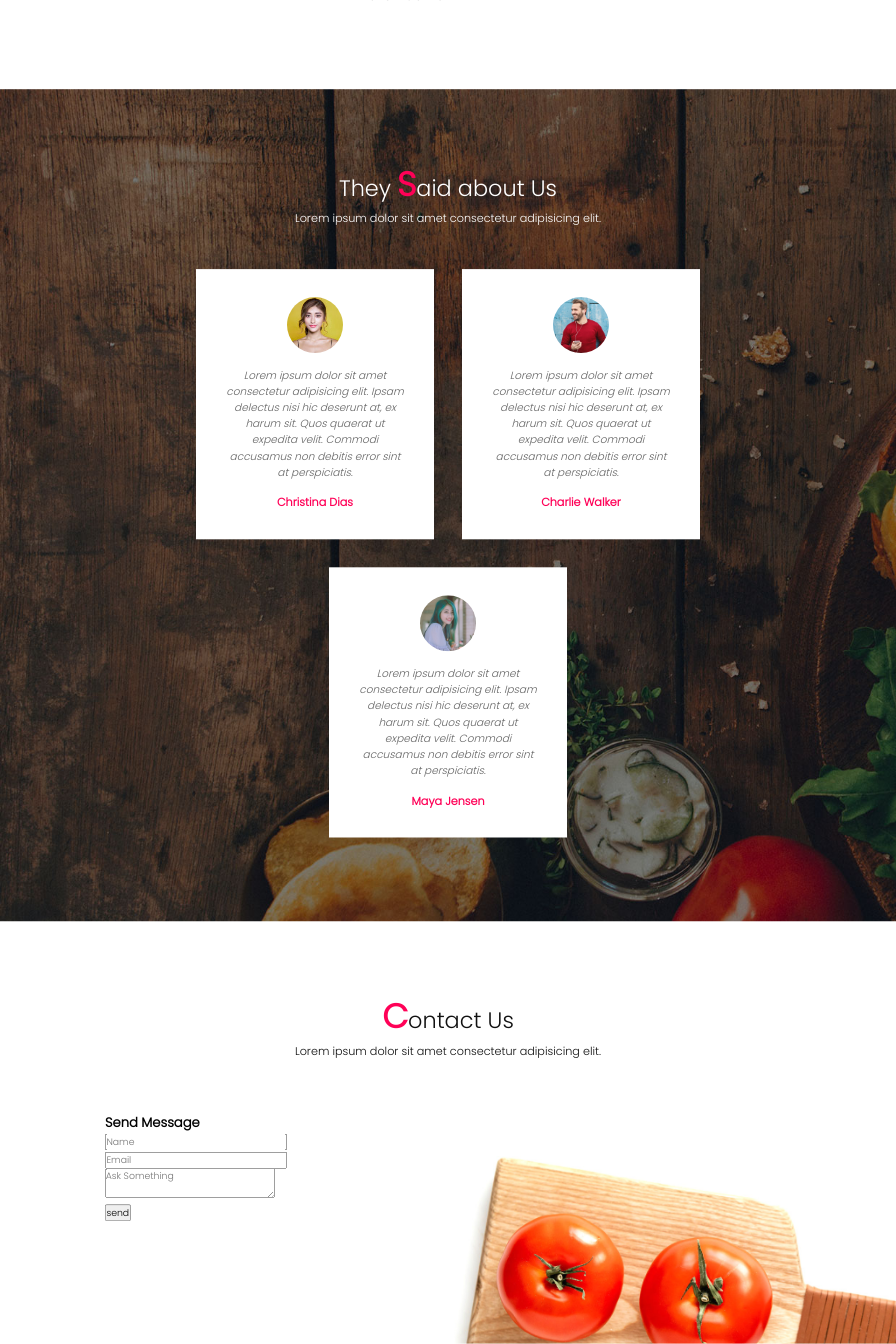
Repository: Adriandias1997/MobileFriendly_FoodWebsite
Page: index.html
An editor plug-in stored every save of this project. The page is shown before and after the next save, followed by the edit.
The browser window is 1280 px wide. The pictures show the part of the page from y = 3898 to 5818 px (the page is 5818 px tall), at 70% of full size.

Above is the page before, as saved 2020-10-16 18:00:49.

### index.html
<!DOCTYPE html>
<html lang="en">

<head>
    <meta charset="UTF-8">
    <meta name="viewport" content="width=device-width, initial-scale=1.0">
    <title>Food</title>
    <link rel="stylesheet" href="style.css">
</head>

<body>
    <header>
        <a href="#" class="logo">Food <span>Corner</span></a>
        <ul class="navigation">
            <li><a href="#banner">Home</a></li>
            <li><a href="#about">About Us</a></li>
            <li><a href="#menu">Menu</a></li>
            <li><a href="#expert">Expert</a></li>
            <li><a href="#testimonials">Testimonials</a></li>
            <li><a href="#contact">Contact</a></li>
        </ul>

    </header>
    <section class="banner" id="banner">
        <div class="content">
            <h2>Always choose Good</h2>
            <p>Lorem ipsum dolor sit amet consectetur adipisicing elit. Ipsam delectus nisi hic deserunt at, ex harum sit. Quos quaerat ut expedita velit. Commodi accusamus non debitis error sint at perspiciatis.</p>

            <a href="#" class="btn">Our Menu</a>
        </div>
    </section>

    <section class="about" id="about">
        <div class="row">
            <div class="col50">
                <h2 class="titleText"><span>A</span>bout Us</h2>
                <p>Lorem ipsum dolor sit amet consectetur adipisicing elit. Dolorum vero quam, at fuga facilis maiores consequatur! Quibusdam possimus debitis sed alias, provident fuga voluptatem, tempora eligendi aliquid quaerat laudantium repellat. Lorem
                    ipsum dolor sit amet consectetur adipisicing elit. Dolorum vero quam, at fuga facilis maiores consequatur! Quibusdam possimus debitis sed alias, provident fuga voluptatem, tempora eligendi aliquid quaerat laudantium repellat. Lorem
                    ipsum dolor sit amet consectetur adipisicing elit. Dolorum vero quam, at fuga facilis maiores consequatur! Quibusdam possimus debitis sed alias, provident fuga voluptatem, tempora eligendi aliquid quaerat laudantium repellat.
                </p>
            </div>
            <div class="col50">
                <div class="imgBx">
                    <img src="./Images/img1.jpg" alt="">
                </div>
            </div>
        </div>
    </section>

    <section class="menu" id="menu">
        <div class="title">
            <h2 class="titleText">Our <span>M</span>enu</h2>
            <p>Lorem ipsum dolor sit amet consectetur adipisicing elit.
            </p>
        </div>
        <div class="content">
            <div class="box">
                <div class="imgBx">
                    <img src="Images/menu1.jpg" alt="">
                </div>
                <div class="text">
                    <h3>Special Salads</h3>
                </div>
            </div>
            <div class="box">
                <div class="imgBx">
                    <img src="Images/menu2.jpg" alt="">
                </div>
                <div class="text">
                    <h3>Special Soups</h3>
                </div>
            </div>
            <div class="box">
                <div class="imgBx">
                    <img src="Images/menu3.jpg" alt="">
                </div>
                <div class="text">
                    <h3>Special Pasta</h3>
                </div>
            </div>
            <div class="box">
                <div class="imgBx">
                    <img src="Images/menu4.jpg" alt="">
                </div>
                <div class="text">
                    <h3>Special Salads</h3>
                </div>
            </div>
            <div class="box">
                <div class="imgBx">
                    <img src="Images/menu5.jpg" alt="">
                </div>
                <div class="text">
                    <h3>Special Soups</h3>
                </div>
            </div>
            <div class="box">
                <div class="imgBx">
                    <img src="Images/menu6.jpg" alt="">
                </div>
                <div class="text">
                    <h3>Special Salads</h3>
                </div>
            </div>
        </div>
        <div class="title">
            <a href="#" class="btn">
                View All
            </a>
        </div>
    </section>
    <section class="expert" id="expert">
        <div class="title">
            <h2 class="titleText">Our Kitchen <span>E</span>xpert</h2>
            <p>Lorem ipsum dolor sit amet consectetur adipisicing elit.
            </p>
        </div>
        <div class="content">
            <div class="box">
                <div class="imgBx">
                    <img src="Images/expert1.jpg" alt="">
                </div>
                <div class="text">
                    <h3>Tyler Brook</h3>
                </div>
            </div>
            <div class="box">
                <div class="imgBx">
                    <img src="Images/expert2.jpg" alt="">
                </div>
                <div class="text">
                    <h3>Dino Blok</h3>
                </div>
            </div>
            <div class="box">
                <div class="imgBx">
                    <img src="Images/expert3.jpg" alt="">
                </div>
                <div class="text">
                    <h3>Melanie Sasha</h3>
                </div>
            </div>
            <div class="box">
                <div class="imgBx">
                    <img src="Images/expert4.jpg" alt="">
                </div>
                <div class="text">
                    <h3>Bevon Gomez</h3>
                </div>
            </div>
        </div>
    </section>

    <section class="testimonials" id="testimonials">
        <div class="title white">
            <h2 class="titleText">They <span>S</span>aid about Us</h2>
            <p>Lorem ipsum dolor sit amet consectetur adipisicing elit.
            </p>
        </div>
        <div class="content">
            <div class="box">

                <div class="imgBx">
                    <img src="Images/testi1.jpg" alt="">
                </div>
                <div class="text">
                    <p>Lorem ipsum dolor sit amet consectetur adipisicing elit. Ipsam delectus nisi hic deserunt at, ex harum sit. Quos quaerat ut expedita velit. Commodi accusamus non debitis error sint at perspiciatis.
                    </p>
                    <h3>Christina Dias</h3>
                </div>
            </div>
            <div class="box">

                <div class="imgBx">
                    <img src="Images/testi2.jpg" alt="">
                </div>
                <div class="text">
                    <p>Lorem ipsum dolor sit amet consectetur adipisicing elit. Ipsam delectus nisi hic deserunt at, ex harum sit. Quos quaerat ut expedita velit. Commodi accusamus non debitis error sint at perspiciatis.
                    </p>
                    <h3>Charlie Walker</h3>
                </div>
            </div>
            <div class="box">

                <div class="imgBx">
                    <img src="Images/testi3.jpg" alt="">
                </div>
                <div class="text">
                    <p>Lorem ipsum dolor sit amet consectetur adipisicing elit. Ipsam delectus nisi hic deserunt at, ex harum sit. Quos quaerat ut expedita velit. Commodi accusamus non debitis error sint at perspiciatis.
                    </p>
                    <h3>Maya Jensen</h3>
                </div>
            </div>
        </div>
    </section>

    <section class="contact" id="contact">
        <div class="title">
            <h2 class="titleText"><span>C</span>ontact Us</h2>
            <p>Lorem ipsum dolor sit amet consectetur adipisicing elit.
            </p>
        </div>
        <div class="contactForm">
            <h3>Send Message</h3>
            <div class="inputBox">
                <input type="text" placeholder="Name">
            </div>
            <div class="inputBox">
                <input type="text" placeholder="Email">
            </div>
            <div class="inputBox">
                <textarea placeholder="Ask Something"></textarea>

                <div class="inputBox">
                    <input type="submit" value="send">
                </div>

            </div>
    </section>
    <script src="index.js"></script>
</body>

</html>

### style.css
        @import url("https://fonts.googleapis.com/css2?family=Poppins:wght@300&display=swap");
        * {
            margin: 0;
            padding: 0;
            box-sizing: border-box;
            font-family: "Poppins", sans-serif;
            scroll-behavior: smooth;
        }

        p {
            font-weight: 300;
            color: #111;
        }
        /* body {
    min-height: 1000px;
} */

        .banner {
            position: relative;
            width: 100%;
            min-height: 100vh;
            display: flex;
            justify-content: center;
            align-items: center;
            background: url(./Images/bg.jpg);
            background-size: cover;
        }

        .banner .content {
            max-width: 900px;
            text-align: center;
        }

        .banner .content h2 {
            font-size: 5em;
            color: #fff;
        }

        .banner .content p {
            font-size: 1em;
            color: #fff;
        }

        .btn {
            font-size: 1em;
            color: #fff;
            background: #ff0157;
            display: inline-block;
            padding: 10px 30px;
            text-transform: uppercase;
            text-decoration: none;
            letter-spacing: 2px;
            transition: 0.5s;
        }

        .btn:hover {
            background-color: #fff;
            color: #ff0157;
            letter-spacing: 6px;
        }

        header {
            position: fixed;
            top: 0;
            left: 0;
            width: 100%;
            padding: 40px 100px;
            z-index: 10000;
            display: flex;
            justify-content: space-between;
            align-items: center;
            transition: 0.5s;
        }

        header.sticky {
            background: #fff;
            padding: 10px 100px;
            box-shadow: 0 5px 20px rgba(0, 0, 0, 0.05);
        }

        header .logo {
            color: #fff;
            font-weight: 700;
            text-decoration: none;
            font-size: 2em;
        }

        header.sticky .logo {
            color: #111;
        }

        header .logo span {
            color: #ff0157;
        }

        header .navigation {
            position: relative;
            display: flex;
        }

        header .navigation li {
            list-style: none;
            margin-left: 30px;
        }

        header .navigation li a {
            text-decoration: none;
            color: #fff;
            font-weight: 300;
        }

        header.sticky .navigation li a {
            color: #111;
            font-weight: 300;
        }

        header .navigation li a:hover {
            color: #ff0157;
        }

        section {
            padding: 100px;
        }

        .row {
            position: relative;
            width: 100%;
            display: flex;
            justify-content: space-between;
        }

        .row .col50 {
            position: relative;
            width: 48%;
        }

        .titleText {
            color: #111;
            font-size: 2em;
            font-weight: 400;
        }

        .titleText span {
            color: #ff0157;
            font-size: 1.5em;
            font-weight: 700;
        }

        .row .col50 .imgBx {
            position: relative;
            width: 100%;
            height: 100%;
            /* min-height: 300px; */
        }

        .row .col50 .imgBx img {
            position: relative;
            top: 0;
            left: 0;
            width: 100%;
            height: 100%;
            object-fit: cover;
        }

        .title {
            width: 100%;
            display: flex;
            justify-content: center;
            align-items: center;
            flex-direction: column;
        }

        .menu .content {
            display: flex;
            justify-content: center;
            flex-direction: row-reverse;
            flex-wrap: wrap;
            margin-top: 40px;
        }

        .menu .content .box {
            width: 340px;
            margin: 20px;
            border: 15px solid #fff;
            box-shadow: 0 5px 20px rgba(0, 0, 0, 0.08);
        }

        .menu .content .box .imgBx {
            position: relative;
            width: 100%;
            height: 300px;
        }

        .menu .content .box .imgBx img {
            position: absolute;
            top: 0;
            left: 0;
            width: 100%;
            height: 100%;
            object-fit: cover;
        }

        .menu .content .box .text {
            padding: 15px 0 5px;
        }

        .menu .content .box .text h3 {
            font-weight: 400;
            color: #111;
        }

        .expert .content {
            display: flex;
            justify-content: center;
            align-items: center;
            flex-wrap: wrap;
            flex-direction: row;
            margin-top: 40px;
        }

        .expert .content .box {
            width: 250px;
            margin: 15px;
        }

        .expert .content .box .imgBx {
            position: relative;
            width: 100%;
            height: 300px;
        }

        .expert .content .box .imgBx img {
            position: absolute;
            top: 0;
            left: 0;
            width: 100%;
            height: 100%;
            object-fit: cover;
        }

        .expert .content .box .text {
            padding: 15px 0 5px;
        }

        .expert .content .box .text h3 {
            font-weight: 400;
            color: #111;
        }

        .testimonials {
            background: url(./Images/bg2.jpg);
            background-size: cover;
        }

        .white .titleText,
        .white p {
            color: #fff;
        }

        .testimonials .content {
            display: flex;
            justify-content: center;
            flex-wrap: wrap;
            flex-direction: row;
            margin-top: 40px;
        }

        .testimonials .content .box {
            width: 340px;
            margin: 20px;
            padding: 40px;
            background: #fff;
            display: flex;
            justify-content: center;
            align-items: center;
            flex-direction: column;
        }

        .testimonials .content .box .imgBx {
            position: relative;
            width: 80px;
            height: 80px;
            margin-bottom: 20px;
            border-radius: 50%;
            overflow: hidden;
        }

        .testimonials .content .box .imgBx img {
            position: absolute;
            top: 0;
            left: 0;
            width: 100%;
            height: 100%;
            object-fit: cover;
        }

        .testimonials .content .box .text {
            text-align: center;
        }

        .testimonials .content .box .text p {
            color: #666;
            font-style: italic;
            font-size: 15px;
        }

        .testimonials .content .box .text h3 {
            margin-top: 20px;
            color: #ff0157;
            font-size: 1em;
            font-weight: 600;
        }

        .contact {
            background: url(./Images/bg3.jpg);
            background-size: cover;
        }

        .contactForm {
            padding: 75px 50px;
        }

### index.js
window.addEventListener('scroll', function() {
    const header = document.querySelector('header');
    header.classList.toggle('sticky', window.scrollY > 0);
});

After the next save:
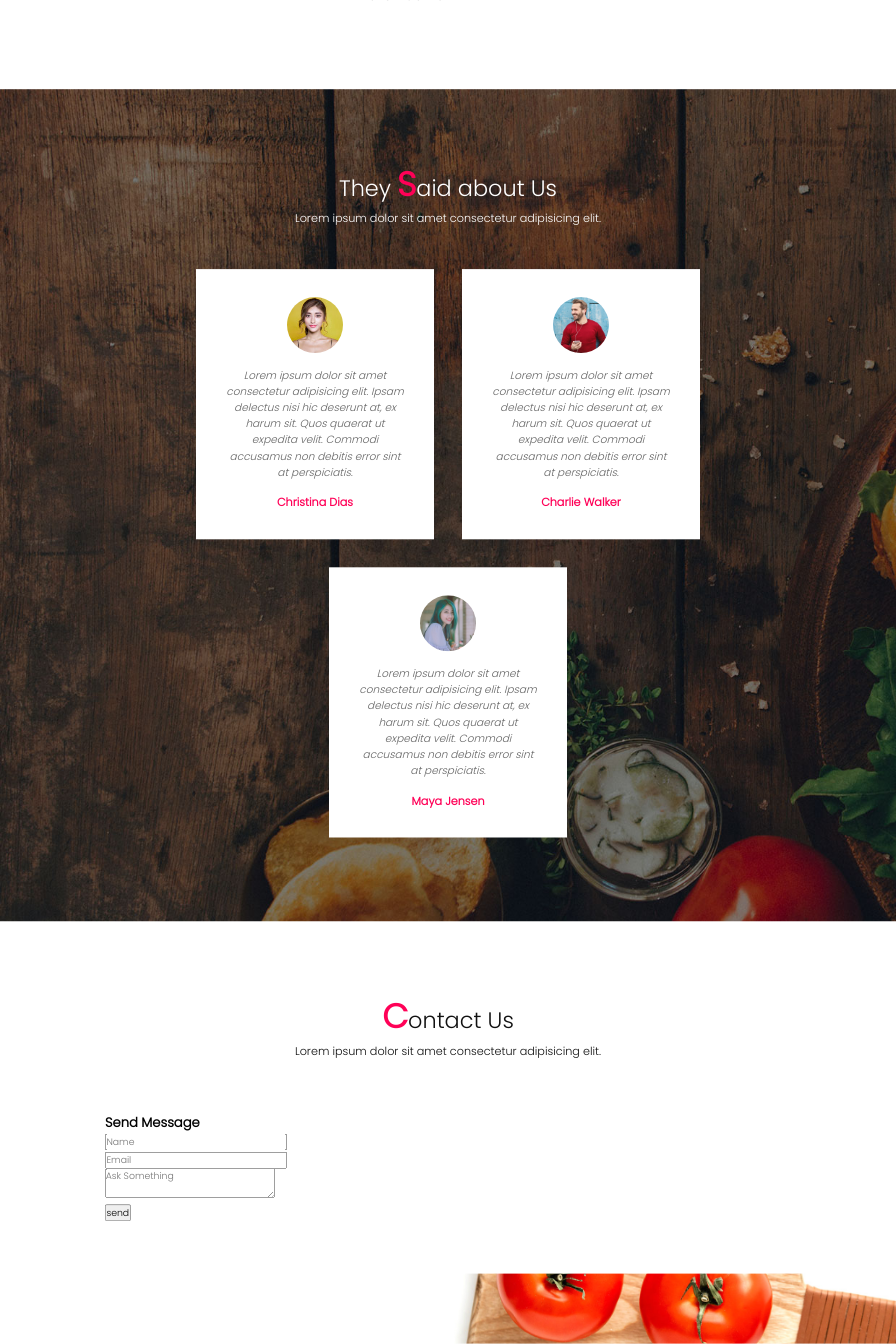
Saved 18 s later.
--- a/style.css
+++ b/style.css
@@ -318,4 +318,5 @@
 
         .contactForm {
             padding: 75px 50px;
-        }
+            background: #fff;
+        }
